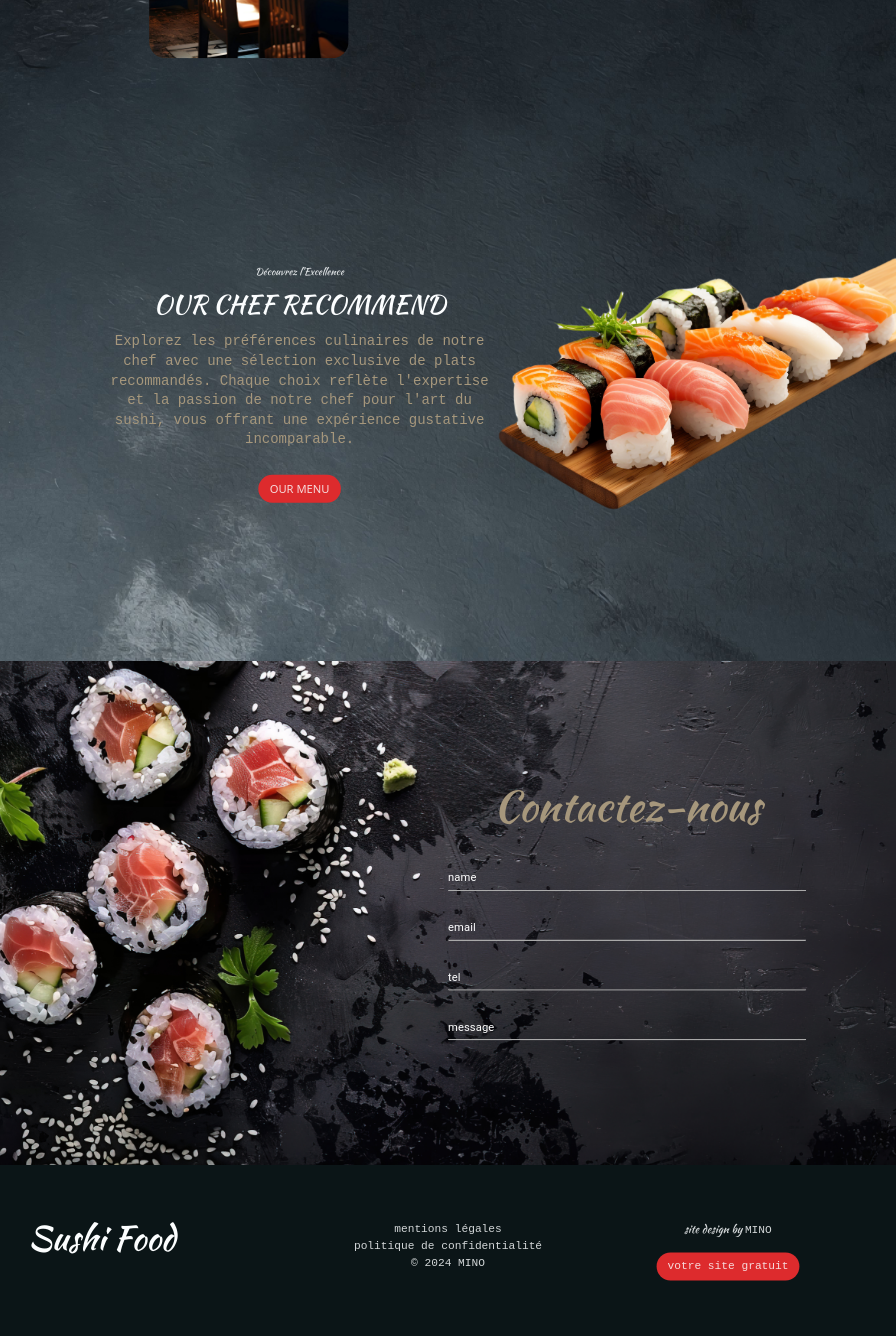
Repository: Adrien-legeleu/sushi-food
Page: /
These files come from the project's save history. The page is drawn as it stood at one moment and after the next save; the edit follows.
The browser window is 1280 px wide. The pictures show the part of the page from y = 1296 to 3216 px (the page is 3204 px tall before and 3216 px after), at 70% of full size.
Backgrounds fixed to the window are drawn as part of the page. Some web fonts or font styles are not loaded; a fallback is used. The project was rebuilt for these pictures with package versions that can differ from the ones it lists, and the page was loaded fresh each time. Also part of the build but not shown: vite.config.ts.

Above is the page before, as saved 2024-04-30 12:48:52.

After the next save:
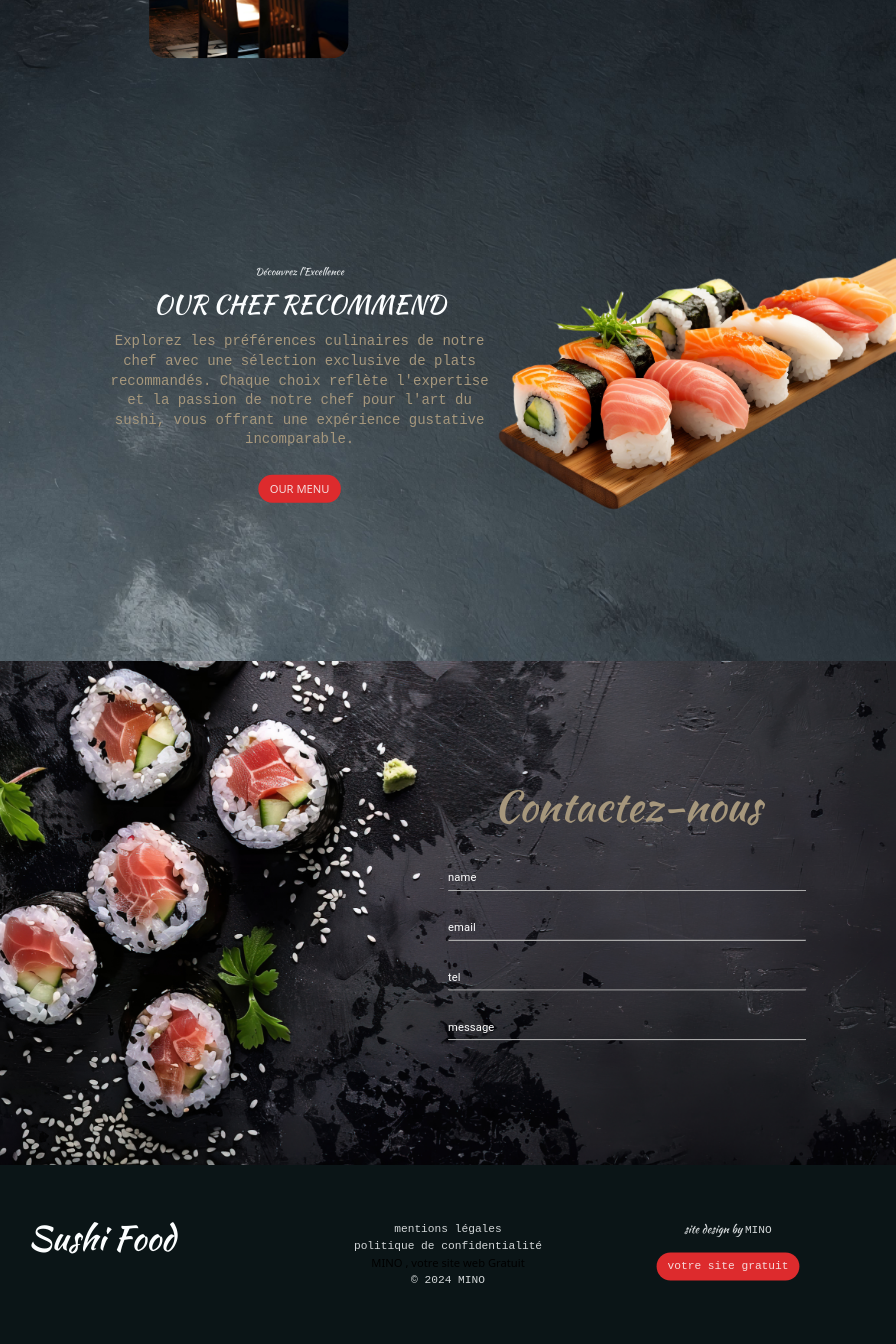
Saved 66 s later.
--- a/src/Components/Footer.tsx
+++ b/src/Components/Footer.tsx
@@ -7,6 +7,7 @@ export const Footer =()=>{
             <ul className="text-center">
                 <li className="font-text text-whiteText">mentions légales</li>
                 <li className="font-text text-whiteText" >politique de confidentialité</li>
+                <li><a href="https://mino-design.netlify.app" target="_">MINO , votre site web Gratuit</a></li>
                 <li className="font-text text-whiteText">© 2024 MINO</li>
             </ul>
             <div className="text-center flex flex-col gap-5">
